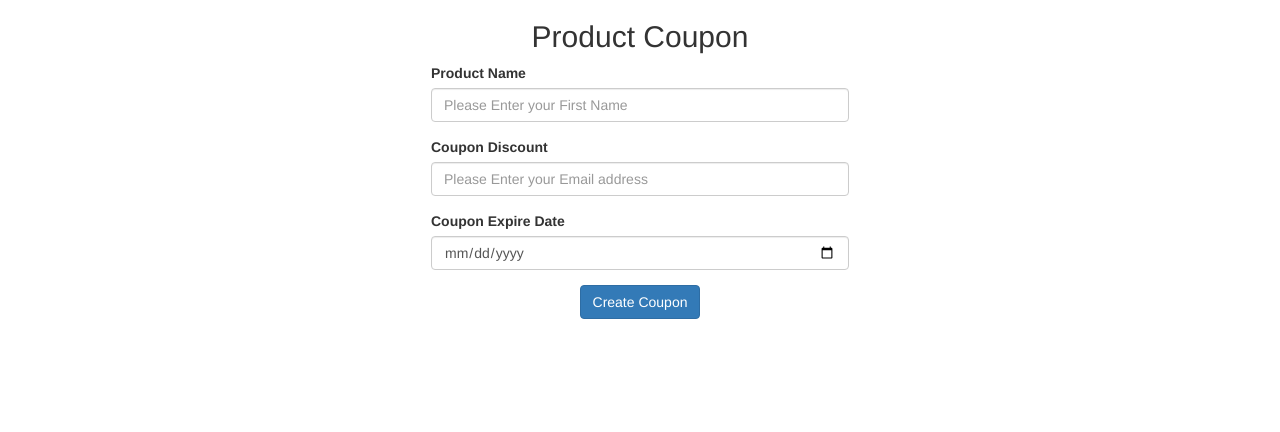
Repository: krutishilp/Sample
Page: http://localhost/couponandproductproject/createProduct.jsp
These files come from the project's save history. The page is drawn as it stood at one moment and after the next save; the edit follows.
The browser window is 1280 px wide. The pictures show the whole page.
The page is served by Tomcat 9. Other server files are loaded and not shown.

Above is the page before, as saved 2020-09-04 06:37:49.

### JAVA-Eclipse-workspace/couponandproductproject/src/main/webapp/createProduct.jsp
<!DOCTYPE html>
<html>
<head>
<meta charset="ISO-8859-1">
<title>Create Coupon</title>
<link rel="stylesheet"
	href="https://maxcdn.bootstrapcdn.com/bootstrap/3.3.7/css/bootstrap.min.css"
	integrity="sha384-BVYiiSIFeK1dGmJRAkycuHAHRg32OmUcww7on3RYdg4Va+PmSTsz/K68vbdEjh4u"
	crossorigin="anonymous">
<style type="text/css">
.container {
	width: 35%;
	align-content: center;
}
</style>

</head>
<body>
	<div class="container">

		<form action="product" method="post">
			<h2 class="text-center">Product Coupon</h2>

			<div class="form-group">
				<label for="productname">Product Name</label> <input type="text"
					class="form-control" name="productName" id="productname" required
					placeholder="Please Enter your First Name">
			</div>

			<!-- <div class="form-group">
				<label for="cdescription">Coupon Description</label> <input type="text"
					class="form-control" name="couponDescription" id="cdescription" required
					placeholder="Please Enter your Last Name">
			</div> -->

			<div class="form-group">
				<label for="coupondiscount">Coupon Discount</label> <input type="number"
					class="form-control" name="couponDiscount" id="coupondiscount" required
					placeholder="Please Enter your Email address">
			</div>

			<div class="form-group">
				<label for="couponEXPDate">Coupon Expire Date</label> <input type="date"
					class="form-control" name="couponExpiryDate" id="couponEXPDate" required>
			</div>
			<div class="form-group">
				<input type="hidden"
					class="form-control" name="action" value="createCoupon" required>
			</div>
			<div class="text-center">
				<input type="submit" class="btn btn-primary"
					value="Create Coupon">
			</div>
		</form>
	</div>

</body>
</html>

After the next save:
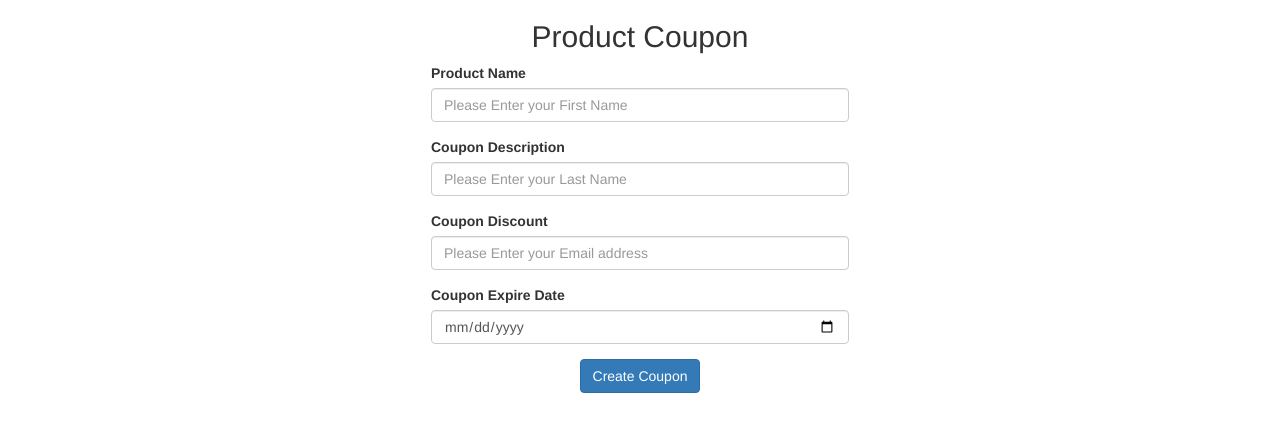
Saved 7 s later.
--- a/JAVA-Eclipse-workspace/couponandproductproject/src/main/webapp/createProduct.jsp
+++ b/JAVA-Eclipse-workspace/couponandproductproject/src/main/webapp/createProduct.jsp
@@ -27,11 +27,11 @@
 					placeholder="Please Enter your First Name">
 			</div>
 
-			<!-- <div class="form-group">
+			<div class="form-group">
 				<label for="cdescription">Coupon Description</label> <input type="text"
 					class="form-control" name="couponDescription" id="cdescription" required
 					placeholder="Please Enter your Last Name">
-			</div> -->
+			</div>
 
 			<div class="form-group">
 				<label for="coupondiscount">Coupon Discount</label> <input type="number"
